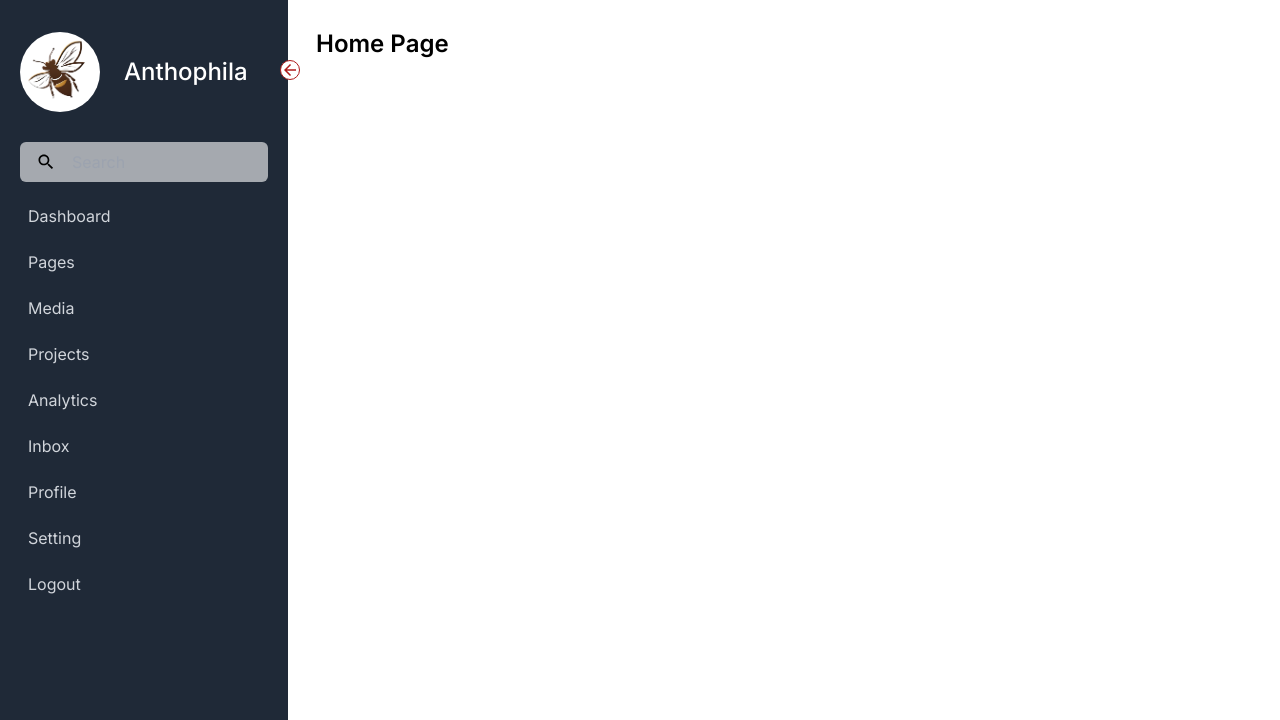
Repository: marcusdashe/anthophila
Page: /dashboard
An editor plug-in stored every save of this project. The page is shown before and after the next save, followed by the edit.
The browser window is 1280 px wide. The pictures show the whole page.
The project was rebuilt for these pictures with package versions that can differ from the ones it lists, and the page was loaded fresh each time. The framework's server and built-in components were replaced by stand-ins that run in the browser. Also part of the build but not shown: next.config.js.

Above is the page before, as saved 2023-04-05 16:14:36.

### pages/_document.js
import { Html, Head, Main, NextScript } from "next/document";

export default function Document() {
  return (
    <Html lang="en">
      <Head>
        <link rel="preconnect" href="https://fonts.googleapis.com" />
        <link
          rel="preconnect"
          href="https://fonts.gstatic.com"
          crossOrigin="true"
        />
        <link
          href="https://fonts.googleapis.com/css2?family=Inter:wght@100;200;300;400;500;600&display=swap"
          rel="stylesheet"
        />
      </Head>
      <body>
        <Main />
        <NextScript />
      </body>
    </Html>
  );
}

### pages/dashboard.js
import React, { useState } from "react";
import ArrowBackIcon from "@mui/icons-material/ArrowBack";
import SearchIcon from "@mui/icons-material/Search";
import DashboardIcon from "@mui/icons-material/Dashboard";

const Dashboard = () => {
  const [open, setOpen] = useState(true);

  const Menus = [
    { title: "Dashboard" },
    { title: "Pages" },
    { title: "Media", spacing: true },
    {
      title: "Projects",
      submenu: true,
      submenuItems: [
        { title: "Submenu 1" },
        { title: "Submenu 2" },
        { title: "Submenu 3" },
      ],
    },
    { title: "Analytics" },
    { title: "Inbox" },
    { title: "Profile", spacing: true },
    { title: "Setting" },
    { title: "Logout" },
  ];

  return (
    <div className="flex">
      <div
        className={`bg-gray-800 h-screen p-5 pt-8 ${
          open ? "w-72" : "w-[125px]"
        } relative duration-300`}
        onClick={() => setOpen(!open)}
      >
        <ArrowBackIcon
          fontSize="small"
          onClick={() => setOpen(!open)}
          className={`bg-white text-[#AE1B1B] text-3xl mt-5
                                rounded-full absolute -right-3 top-10
                                cursor-pointer ${
                                  !open && "rotate-180"
                                } duration-300 border border-[#AE1B1B]`}
        />
        <div className="inline-flex items-center text-white">
          <img
            src="/assets/logo.png"
            alt="logo"
            className={`object-scale-down mr-2 h-20 w-20
                        bg-white rounded-full text-2xl
                        cursor-pointer block float-left duration-500 ${
                          open && "rotate-[360deg]"
                        }`}
          />
          <h1
            className={`text-white origin-left font-medium ml-4 text-2xl duration-300 ${
              !open && "scale-0"
            }`}
          >
            Anthophila
          </h1>
        </div>
        <div
          onClick={() => setOpen(!open)}
          className={`flex items-center rounded-md bg-white bg-opacity-60 mt-6 ${
            !open ? "px-2.5" : "px-4"
          } py-2`}
        >
          <SearchIcon
            onClick={() => setOpen(!open)}
            fontSize="small"
            className={`text-black  text-md block float-left cursor-left ${
              open && "mr-2"
            }`}
          />
          <input
            type={"search"}
            placeholder={"Search"}
            onClick={() => setOpen(!open)}
            className={`text-base bg-transparent w-full text-white focus:outline-none pl-2 ${
              !open && "hidden"
            }`}
          />
        </div>

        <ul className=" pt-2">
          {Menus.map((menu, index) => (
            <>
              <li
                key={index}
                className="text-gray-300
                text-small flex
                items-center gap-x-4 cursor-pointer rounded p-2 hover:bg-white duration-300 hover:text-black duration-300 bg-opacity-100 mt-1.5"
              >
                <span>{menu.title}</span>
              </li>
            </>
          ))}
        </ul>
      </div>

      <div className="p-7">
        <h1 className="text-2xl font-semibold"> Home Page</h1>
      </div>
    </div>
  );
};

export default Dashboard;

### styles/globals.css
@tailwind base;
@tailwind components;
@tailwind utilities;


@layer base {
    html {

      font-family: 'Inter', sans-serif;
    }
  }

### tailwind.config.js
/** @type {import('tailwindcss').Config} */

module.exports = {
  content: [
    "./app/**/*.{js,ts,jsx,tsx}",
    "./pages/**/*.{js,ts,jsx,tsx}",
    "./components/**/*.{js,ts,jsx,tsx}",
  ],
  theme: {
    extend: {},
  },
  plugins: [],
}

Loaded but not shown: pages/_app.js (common file); pages/api/hello.js (common file)

After the next save:
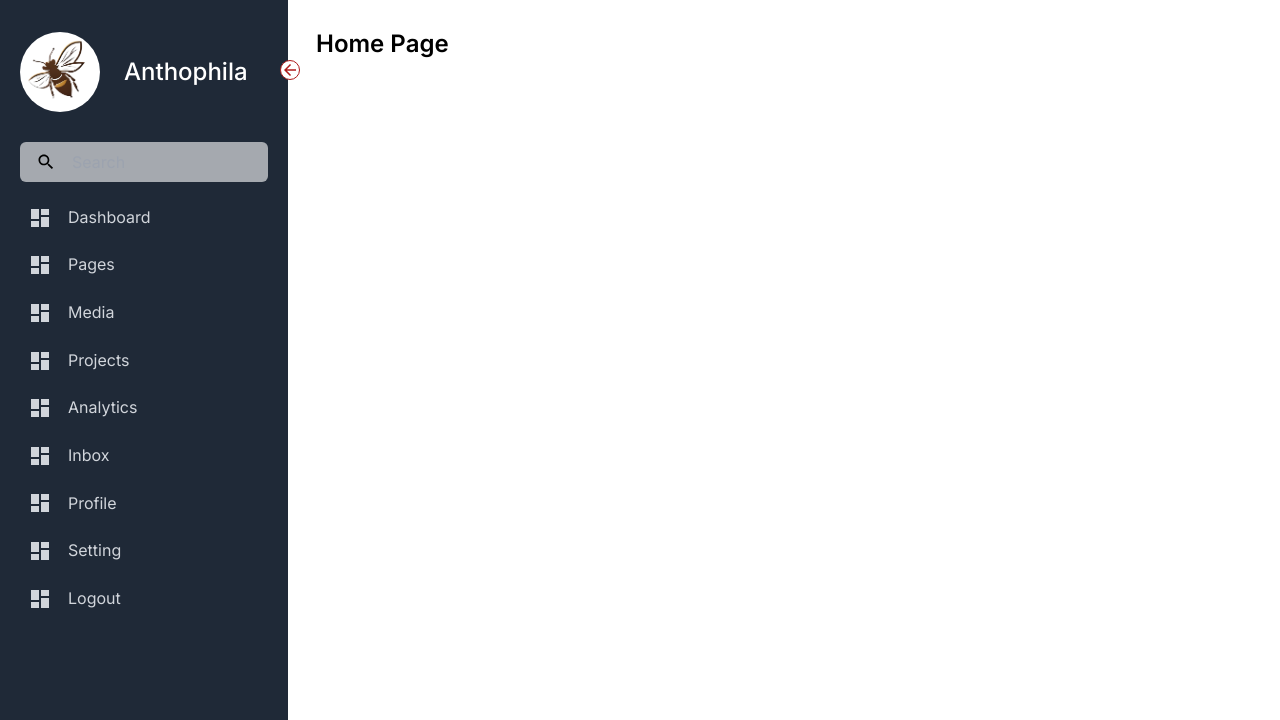
Saved 2 min 44 s later.
--- a/pages/dashboard.js
+++ b/pages/dashboard.js
@@ -93,6 +93,9 @@ const Dashboard = () => {
                 text-small flex
                 items-center gap-x-4 cursor-pointer rounded p-2 hover:bg-white duration-300 hover:text-black duration-300 bg-opacity-100 mt-1.5"
               >
+                <span>
+                  <DashboardIcon />
+                </span>
                 <span>{menu.title}</span>
               </li>
             </>
